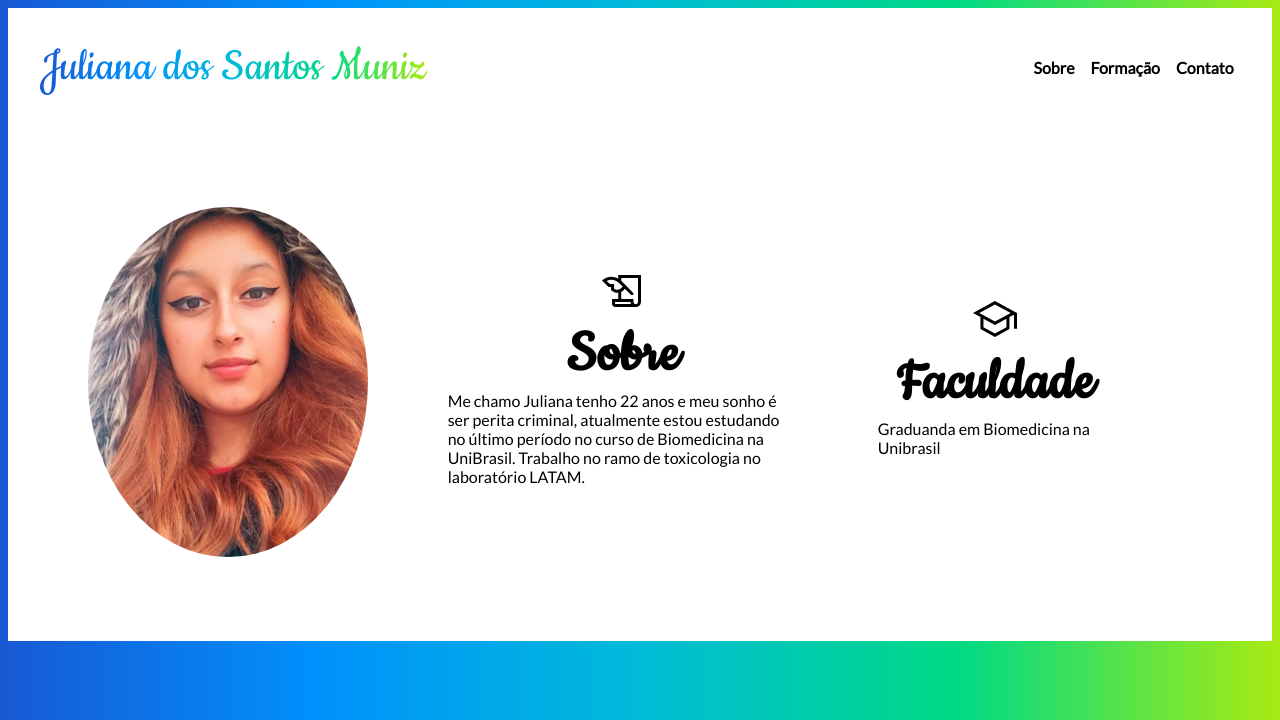
Repository: joaovnogueira/Portfolio-Juliana
Page: index.html
An editor plug-in stored every save of this project. The page is shown before and after the next save, followed by the edit.
The browser window is 1280 px wide. The pictures show the whole page.

Above is the page before, as saved 2022-06-14 16:29:29.

After the next save:
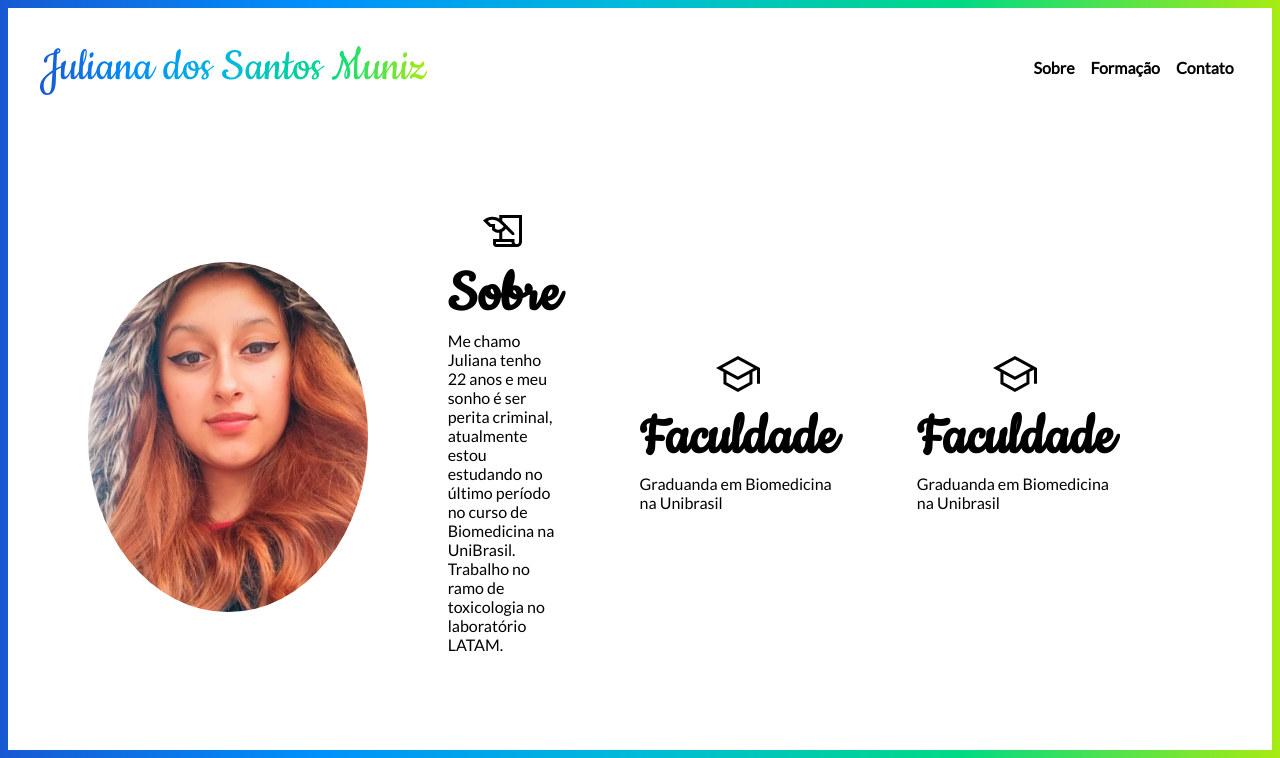
Saved 2 min 39 s later.
--- a/index.html
+++ b/index.html
@@ -33,6 +33,10 @@
                 <img src="./assets/faculdade.svg" alt=""><h1>Faculdade</h1>
                 <p>Graduanda em Biomedicina na Unibrasil</p>
             </div>
+            <div class="conteudo">
+                <img src="./assets/faculdade.svg" alt=""><h1>Faculdade</h1>
+                <p>Graduanda em Biomedicina na Unibrasil</p>
+            </div>
         </div>
     </main>
     <footer></footer>
